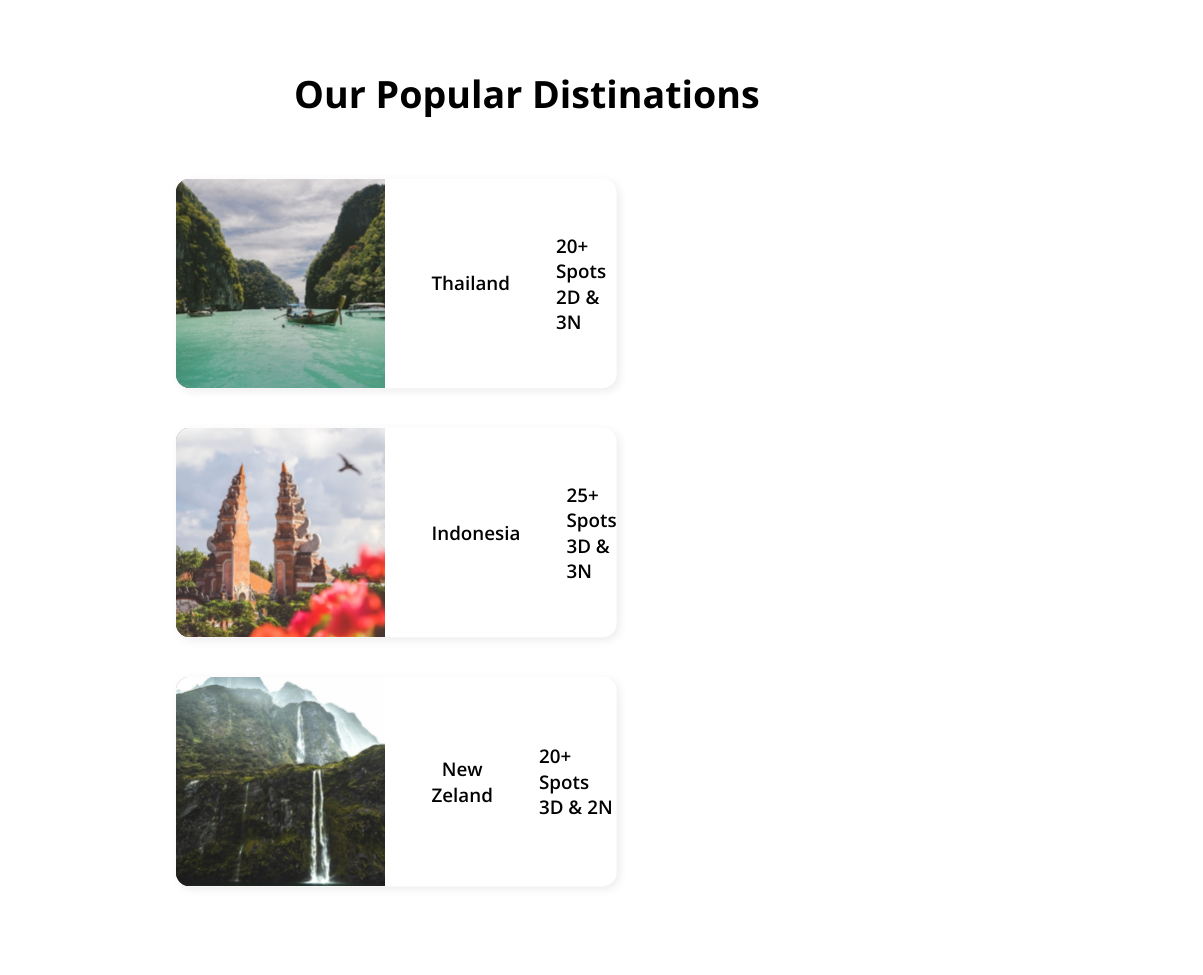
Repository: MehdiKerimov/Figma-Task-16
Page: index.html
These files come from the project's save history. The page is drawn as it stood at one moment and after the next save; the edit follows.
The browser window is 1280 px wide. The pictures show the whole page, at 94% of full size.

Above is the page before, as saved 2023-10-10 11:08:10.

### index.html
<!DOCTYPE html>
<html lang="en">
  <head>
    <meta charset="UTF-8" />
    <meta name="viewport" content="width=device-width, initial-scale=1.0" />
    <title>Document</title>
    <link rel="stylesheet" href="index.css" />
  </head>
  <body>
    <div class="container">
      <h1>Our Popular Distinations</h1>
      <div class="box">
        <div class="img-box">
          <img src="/image/world_map_PNG28 2.png" alt="" />
        </div>
        <ul>
          <li>
            <div>
              <img src="image/Rectangle 15.svg" alt="" />
              <h2>Thailand</h2>
              <p>20+ Spots 2D & 3N</p>
            </div>
          </li>
          <li>
            <div>
              <img src="/image/Rectangle 16.svg" alt="" />
              <h2>Indonesia</h2>
              <p>25+ Spots 3D & 3N</p>
            </div>
          </li>
          <li>
            <div>
              <img src="image/Rectangle 17.svg" alt="" />
              <h2>New Zeland</h2>
              <p>20+ Spots 3D & 2N</p>
            </div>
          </li>
        </ul>
      </div>
    </div>
  </body>
</html>

### index.css
@import url("https://fonts.googleapis.com/css2?family=Open+Sans:wght@600;700&display=swap");
* {
  padding: 0;
  margin: 0;
  box-sizing: border-box;
}
.container {
  min-height: 100vh;
  padding: 72px 159px 52px 0px;
}
.container h1 {
  margin-bottom: 63px;
  color: #000;
  text-align: center;
  font-family: Open Sans;
  font-size: 40px;
  font-style: normal;
  font-weight: 700;
  line-height: normal;
}
.container .box {
  display: flex;
  width: 40%;
}
.container .box .img-box img{
width: 100%;
}
.container .box ul li {
  margin-bottom: 42px;
  margin-left: 187px;
  /* width: 659px; */
  height: 223px;
  list-style-type: none;
  border-radius: 15px;
  background: #fff;
  box-shadow: 3px 3px 10px 0px rgba(0, 0, 0, 0.08);
}
.container .box ul li img {
  width: 223px;
  height: 223px;
}
.container .box ul li div {
  display: flex;

  align-items: center;
}
.container .box ul li div h2 {
  margin-left: 49px;
  margin-right: 49px;
  color: #000;
  text-align: center;
  font-family: Open Sans;
  font-size: 20px;
  font-style: normal;
  font-weight: 600;
  line-height: normal;
}
.container .box ul li div p {
  color: #000;
  font-family: Open Sans;
  font-size: 20px;
  font-style: normal;
  font-weight: 600;
  line-height: normal;
}

After the next save:
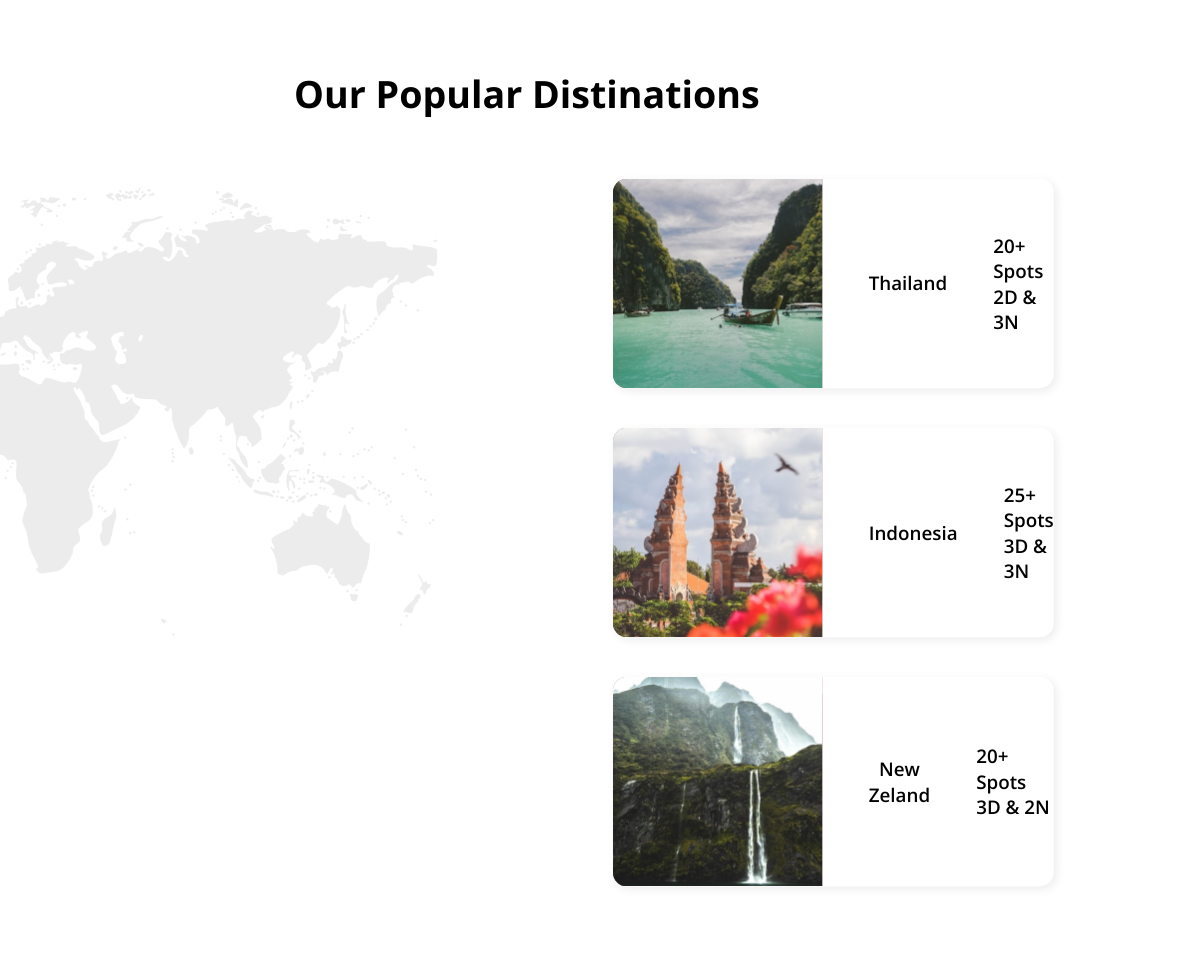
Saved 16 s later.
--- a/index.css
+++ b/index.css
@@ -20,7 +20,7 @@
 }
 .container .box {
   display: flex;
-  width: 40%;
+
 }
 .container .box .img-box img{
 width: 100%;
